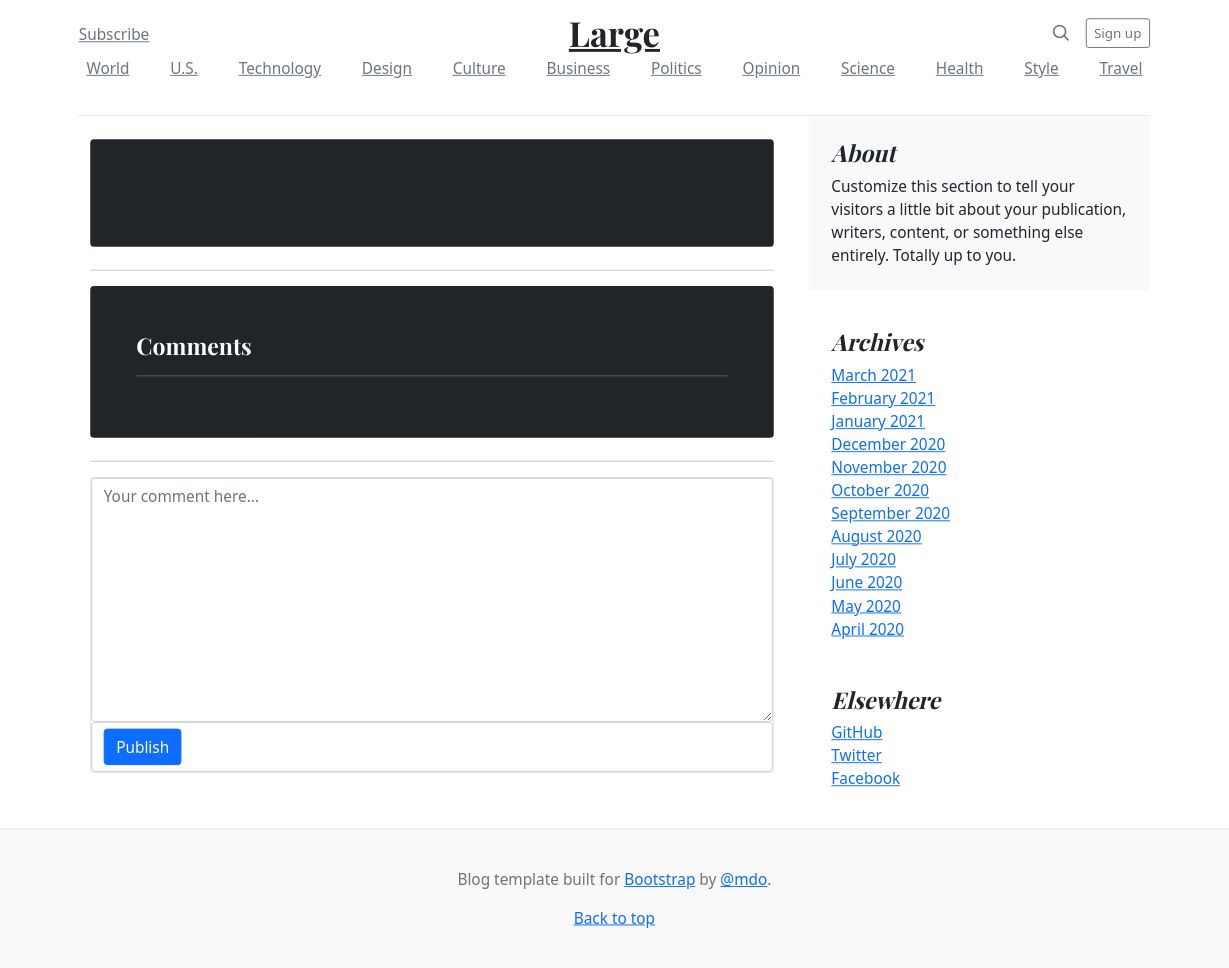
Repository: GarlicButterBoy/WEBD5201
Page: resources/views/posts/show.blade.php
An editor plug-in stored every save of this project. The page is shown before and after the next save, followed by the edit.
The browser window is 1280 px wide. The pictures show the whole page, at 96% of full size.
The page is served by the project's Laravel application, run on PHP 8.4 with Laravel 8. The template is opened directly, without the code that normally fills it, so the values that code supplies are empty.

Above is the page before, as saved 2021-09-21 17:43:45.

After the next save:
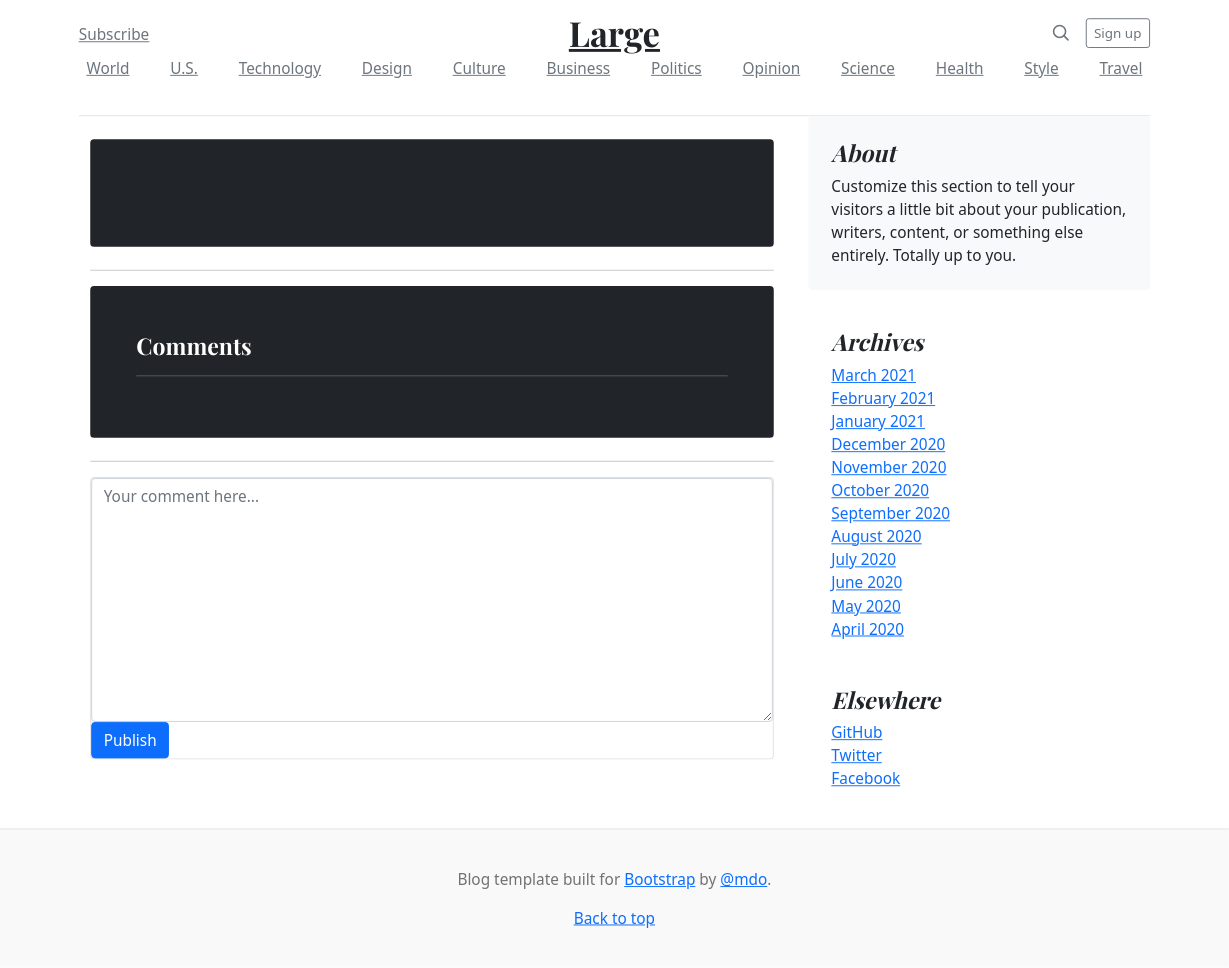
Saved 8 s later.
--- a/resources/views/posts/show.blade.php
+++ b/resources/views/posts/show.blade.php
@@ -33,7 +33,7 @@
         <div class="form-group">
             <textarea class="form-control" name="body" id="body" cols="30" rows="10" placeholder="Your comment here..."></textarea>
         </div>
-        <div class="form-control">
+        <div class="form-group">
             <button type="submit" class="btn btn-primary">Publish</button>
         </div>
     </form>
